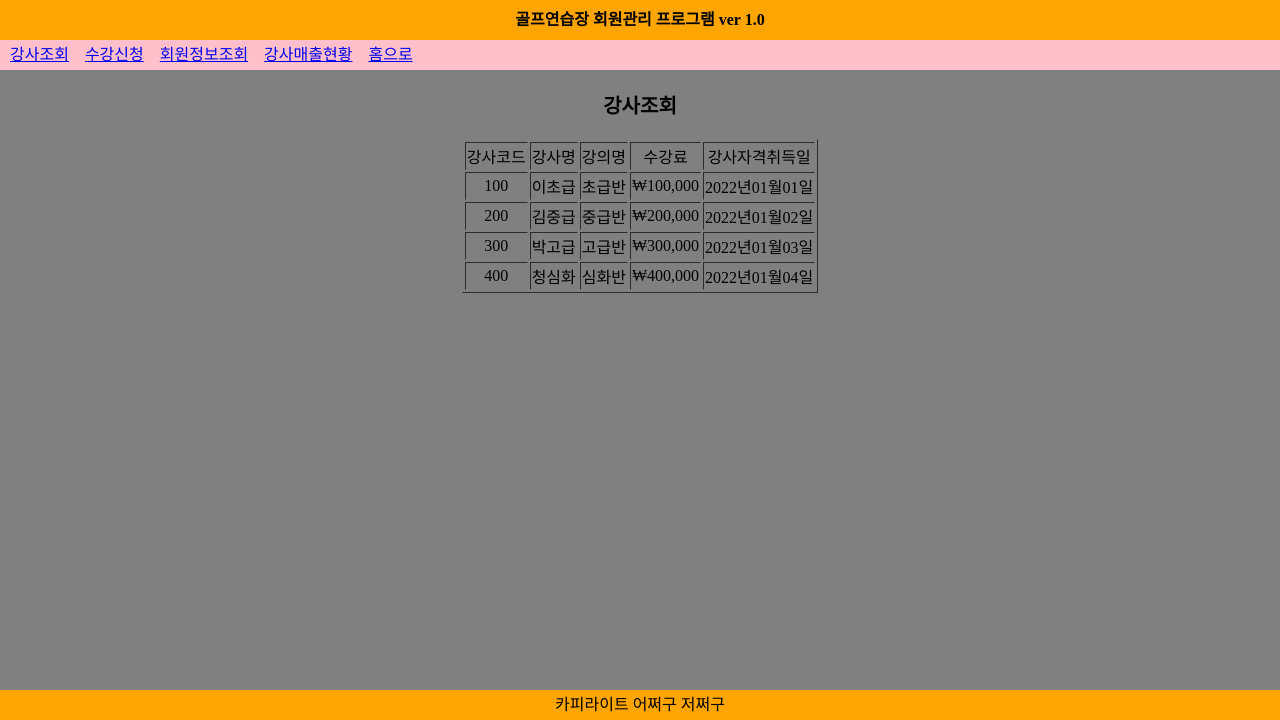
Repository: wjdwlgns1101/school_hrd
Page: http://localhost/hrd_30111_1_/t_list.jsp
The author's editor kept a copy of each file at every save. The page is drawn from the files as they stood at one save, then again after the next save.
The browser window is 1280 px wide. The pictures show the whole page.
The page is served by Tomcat 9. The database holds what the project's SQL file puts in it.

Above is the page before, as saved 2024-05-12 08:09:05.

After the next save:
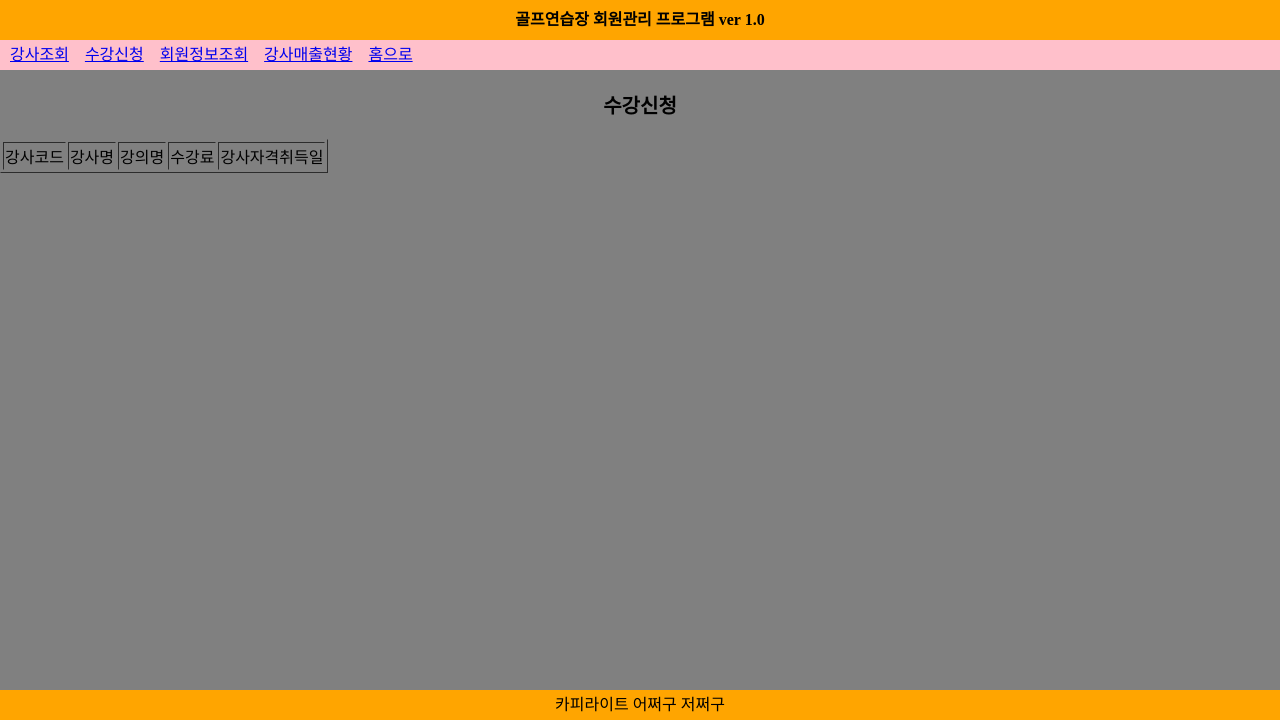
Saved 55 s later.
--- a/hrd_30111_(1)/hrd_30111(1)/src/main/webapp/t_list.jsp
+++ b/hrd_30111_(1)/hrd_30111(1)/src/main/webapp/t_list.jsp
@@ -10,8 +10,8 @@
 <body>
 <jsp:include page="header.jsp"></jsp:include>
 <section style="position: fixed; background-color: gray; top: 70px; text-align: center; left: 0; width: 100%; height: 100%; padding-top: 20px;">
-<b style="font-size: 20px;">강사조회</b>
-<div style="display: flex; justify-content: center; padding-top: 20px;">
+<b style="font-size: 20px;">수강신청</b>
+<div style="display: flex; padding-top: 20px;">
 <table border="1" >
 <tr>
 	<td>강사코드</td>
@@ -21,42 +21,7 @@
 	<td>강사자격취득일</td>
 </tr>
 
-<%
- try{
-	 String sql="select * from TBL_TEACHER_202201";
-	 PreparedStatement pstmt = conn.prepareStatement(sql);
-	 ResultSet rs = pstmt.executeQuery();
 
-	 while(rs.next()){
-		 String t_code = rs.getString("teacher_code");
-		 String t_name = rs.getString("teacher_name");
-		 String c_name = rs.getString("class_name");
-		 String c_price = rs.getString("class_price");
-		 String t_date = rs.getString("teach_resist_date");
-
-		 String price ="₩" + c_price.substring(0,3) + "," + c_price.substring(3,6);
-		 String class_data = t_date.substring(0,4)+"년"+t_date.substring(4,6)+"월"+t_date.substring(6,8)+"일";
-
-%>
-
-	<tr>
-		<td><%= t_code %></td>
-		<td><%= t_name %></td>
-		<td><%= c_name %></td>
-		<td><%= price %></td>
-		<td><%= class_data %></td>
-
-	</tr>
-		 <%
-	 }
-
- }catch(Exception e){
-	    e.printStackTrace();
- }
-
-
-
-%>
 
 
 
